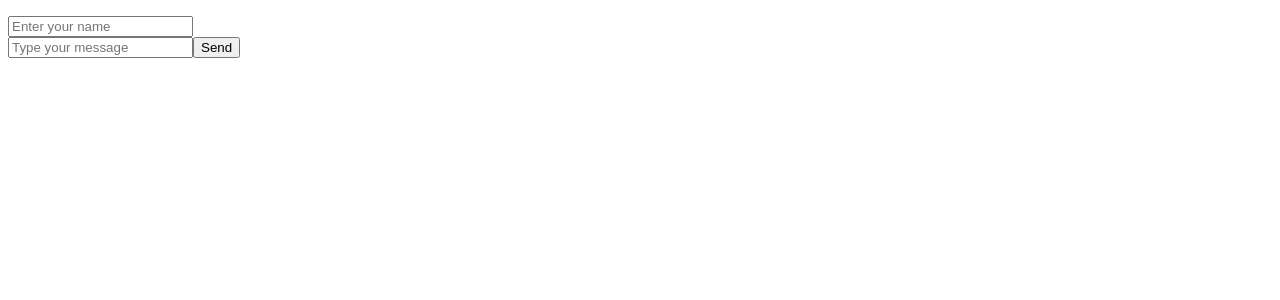
Repository: Abbaskhurram255/nodejs-socket-io-practice
Page: public/index.html
An editor plug-in stored every save of this project. The page is shown before and after the next save, followed by the edit.
The browser window is 1280 px wide. The pictures show the whole page.
The page's requests for data from a server got no answer.

Above is the page before, as saved 2025-12-05 10:13:37.

After the next save:
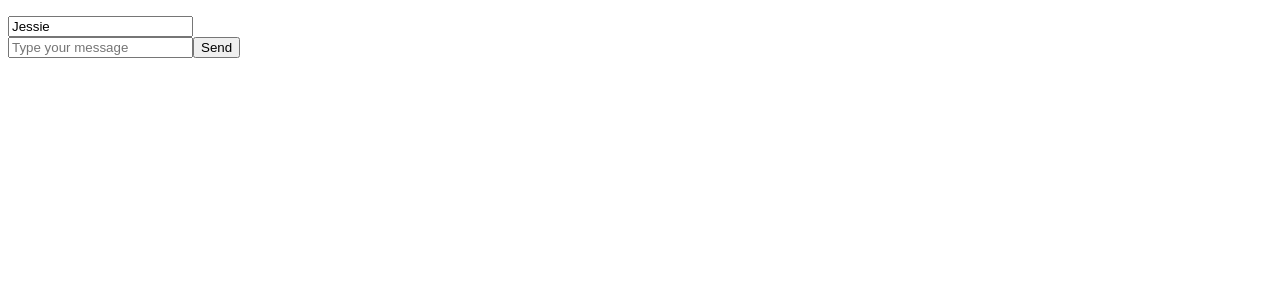
Saved 8 s later.
--- a/public/index.html
+++ b/public/index.html
@@ -26,6 +26,7 @@
         let username = '';
         const randUserNames = ["Michael", "Perry", "Jessie"];
         const randUserName = randUserNames[Math.floor(Math.random() * randUserNames.length)];
+        usernameInput.value = randUserName;
 
         // Prompt for username
         usernameInput.addEventListener('change', () => {
